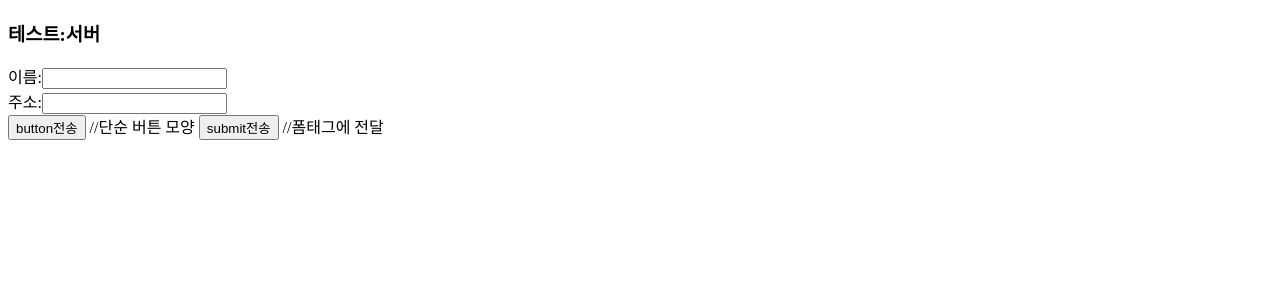
Repository: yubeens/JSP
Page: http://localhost/JSP_Project/exam/test.jsp
An editor plug-in stored every save of this project. The page is shown before and after the next save, followed by the edit.
The browser window is 1280 px wide. The pictures show the whole page.
The page is served by Tomcat 9. Other server files are loaded and not shown.

Above is the page before, as saved 2025-02-27 01:30:16.

### JSP_Project/src/main/webapp/exam/test.jsp
<%@ page language="java" contentType="text/html; charset=UTF-8"
    pageEncoding="UTF-8"%>
<!DOCTYPE html>
<html>
<head>
<meta charset="UTF-8">
<title>Insert title here</title>
</head>
<body>
<h3>테스트:서버</h3>
<form action="testResult.jsp">
이름:<input type="text"><br/>
주소:<input type="text"><br/>
<input type="button" value="button전송"/>  //단순 버튼 모양
<input type="submit" value="submit전송"/> //폼태그에 전달
</form>

</body>
</html>

After the next save:
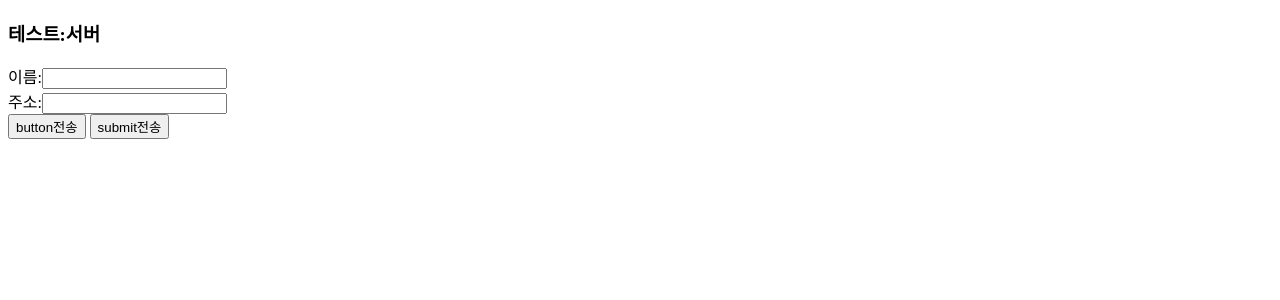
Saved 53 s later.
--- a/JSP_Project/src/main/webapp/exam/test.jsp
+++ b/JSP_Project/src/main/webapp/exam/test.jsp
@@ -11,8 +11,8 @@
 <form action="testResult.jsp">
 이름:<input type="text"><br/>
 주소:<input type="text"><br/>
-<input type="button" value="button전송"/>  //단순 버튼 모양
-<input type="submit" value="submit전송"/> //폼태그에 전달
+<input type="button" value="button전송"/>  <%--단순 버튼 모양--%>
+<input type="submit" value="submit전송"/> <%--폼태그에 전달--%>
 </form>
 
 </body>
